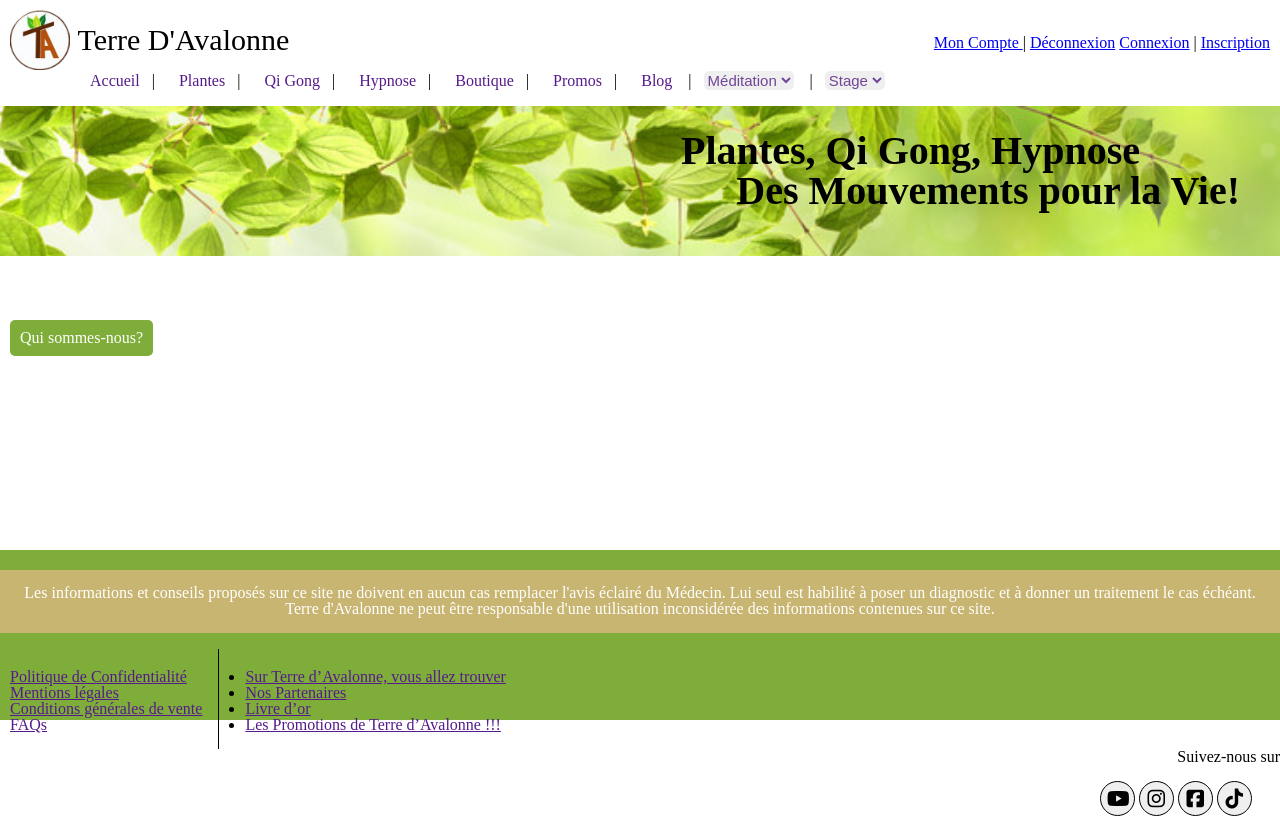
Repository: Michelhof1978/TerreDavalonne
Page: templates/base.html
The author's editor kept a copy of each file at every save. The page is drawn from the files as they stood at one save, then again after the next save.
The browser window is 1280 px wide. The pictures show the whole page.
Some web fonts or font styles are not loaded; a fallback is used. Some web libraries are served in a nearby version.

Above is the page before, as saved 2022-05-04 16:09:49.

After the next save:
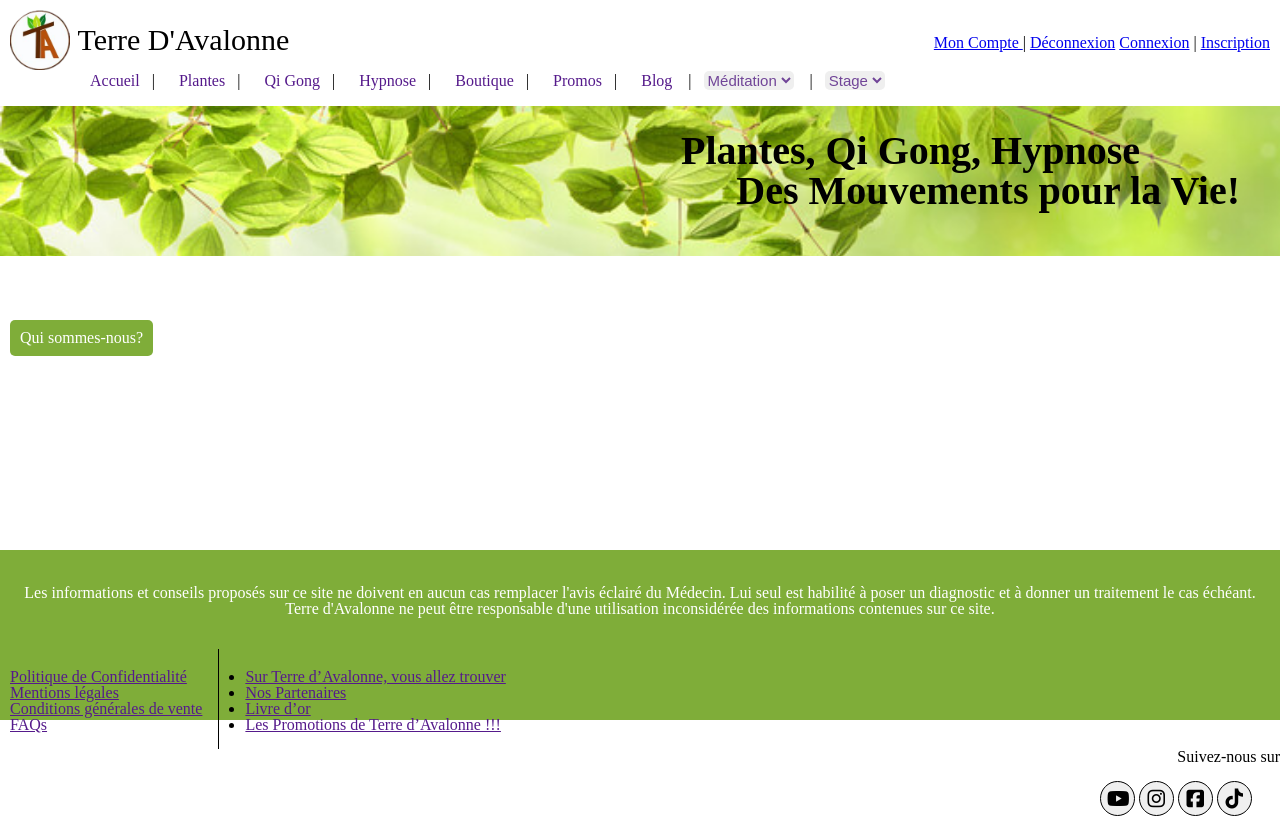
Saved 6 s later.
--- a/templates/base.html
+++ b/templates/base.html
@@ -279,7 +279,7 @@
 
   .warning{
     height: 3em;
-
+    we
     background-color: #C8B572 ;
     color: white;
     padding-top: 15px;
